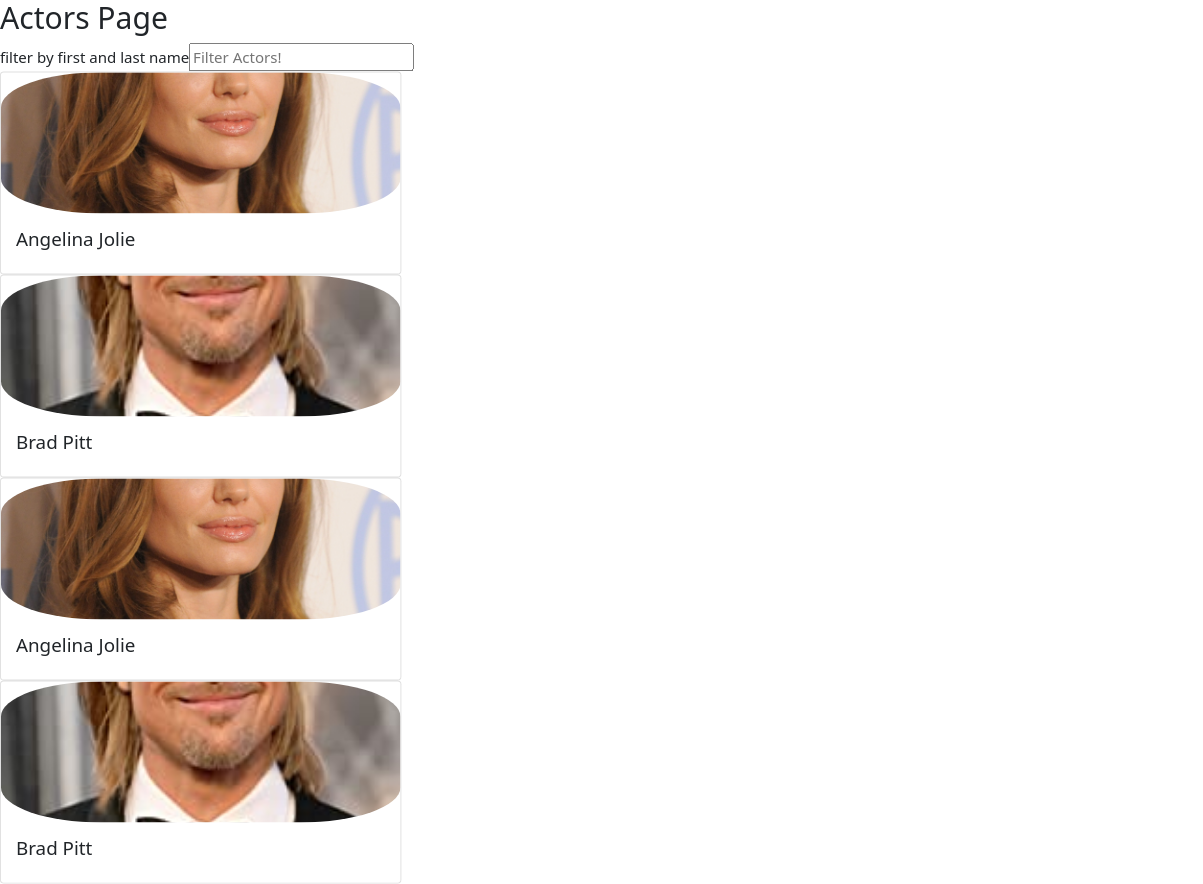
Repository: shuroo/FECourse-react-movieapp
Page: /
These files come from the project's save history. The page is drawn as it stood at one moment and after the next save; the edit follows.
The browser window is 1280 px wide. The pictures show the whole page, at 94% of full size.
The project was rebuilt for these pictures with package versions that can differ from the ones it lists, and the page was loaded fresh each time. Also part of the build but not shown: src/App.css.

Above is the page before, as saved 2021-07-24 06:58:41.

After the next save:
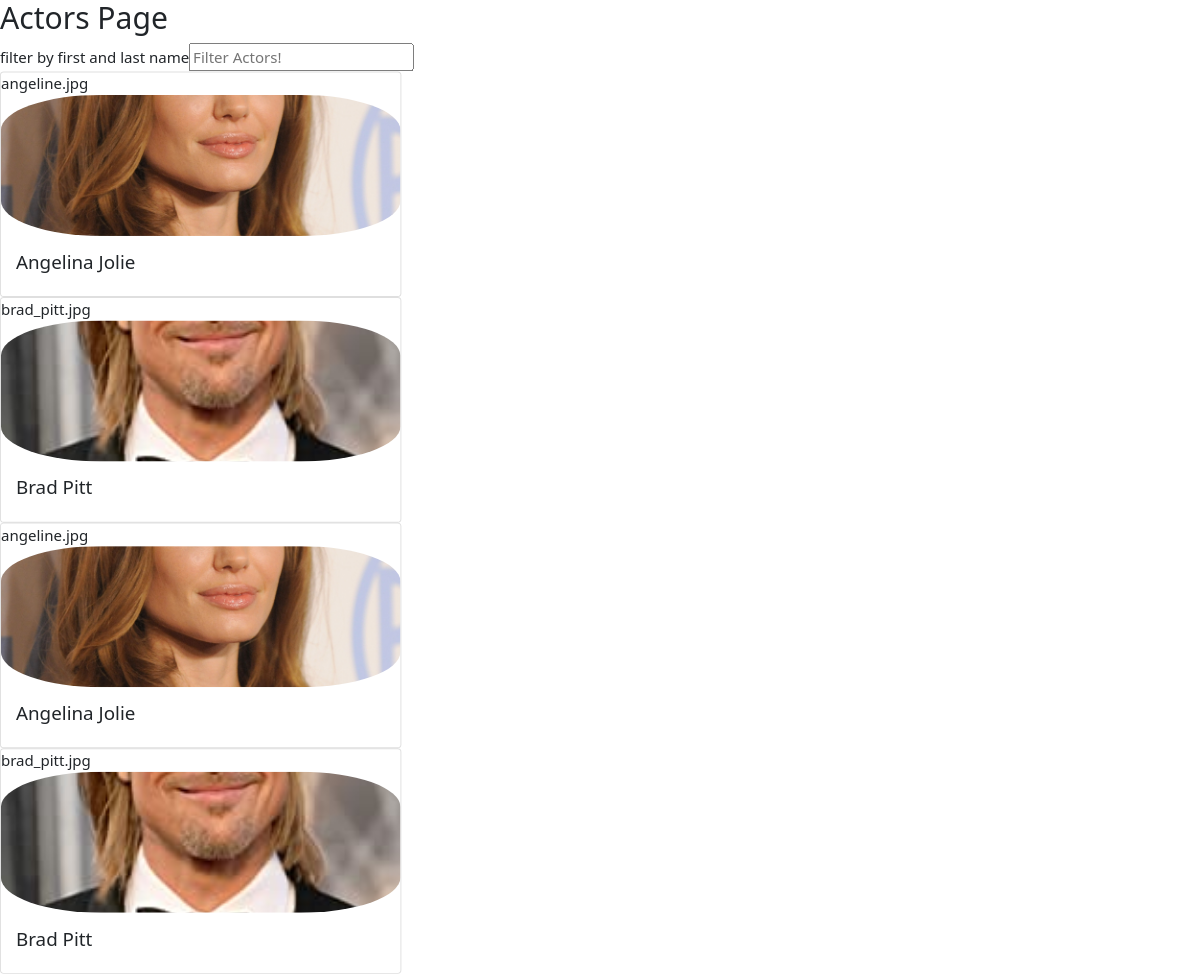
Saved 14 s later.
--- a/src/components/CardComponent.jsx
+++ b/src/components/CardComponent.jsx
@@ -9,7 +9,7 @@ function CardComponent({actor}) {
 
 
 <div className=" card col col-md-4 col-lg-4 col-sm-4" onClick={()=>(alert())}>
-
+{actor.image}
   <img className="actorImg card-img-top" src={actor.image} alt={actor.firstName+" "+actor.lastName}/>
   <div className="card-body">
     <h5 className="card-title">{actor.firstName} {actor.lastName}</h5>
